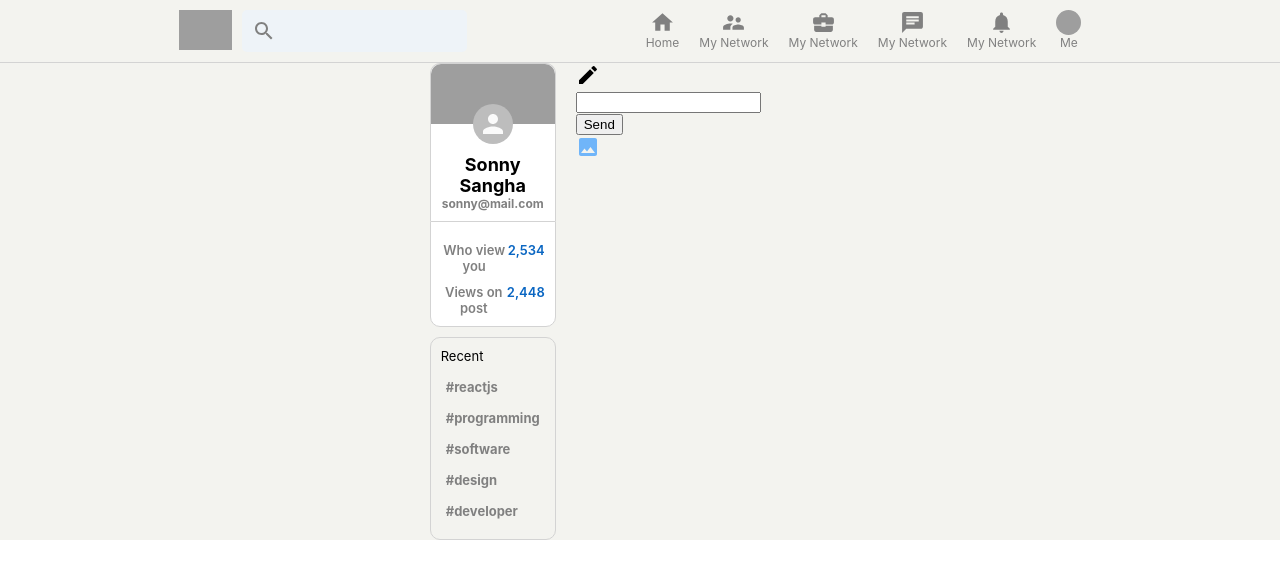
Repository: joaogamarra/linkedin-clone
Page: /
The author's editor kept a copy of each file at every save. The page is drawn from the files as they stood at one save, then again after the next save.
The browser window is 1280 px wide. The pictures show the whole page.
Pictures or frames that could not be fetched are drawn as grey boxes. The project was rebuilt for these pictures with package versions that can differ from the ones it lists, and the page was loaded fresh each time. Also part of the build but not shown: src/components/feed/InputOption.css.

Above is the page before, as saved 2021-02-19 13:11:58.

### src/index.js
import React from 'react'
import ReactDOM from 'react-dom'
import './index.css'
import App from './App'

ReactDOM.render(
	<React.StrictMode>
		<App />
	</React.StrictMode>,
	document.getElementById('root')
)

### src/index.css
* {
	margin: 0;
}

body {
	margin: 0;
	font-family: -apple-system, BlinkMacSystemFont, 'Segoe UI', 'Roboto', 'Oxygen', 'Ubuntu', 'Cantarell',
		'Fira Sans', 'Droid Sans', 'Helvetica Neue', sans-serif;
	-webkit-font-smoothing: antialiased;
	-moz-osx-font-smoothing: grayscale;
}

code {
	font-family: source-code-pro, Menlo, Monaco, Consolas, 'Courier New', monospace;
}

### src/App.js
import './App.css'
import Feed from './components/feed/Feed'
import Header from './components/header/Header'
import Sidebar from './components/sidebar/Sidebar'

function App() {
	return (
		<div className='App'>
			<Header />
			<div className='app__body'>
				<Sidebar />
				<Feed />
			</div>
		</div>
	)
}

export default App

### src/App.css
.App {
	background-color: #f3f3ef;
	display: flex;
	flex-direction: column;
	align-items: center;
}

.app__body {
	display: flex;
}

### src/components/feed/Feed.js
import './Feed.css'
import CreateIcon from '@material-ui/icons/Create'
import ImageIcon from '@material-ui/icons/Image'
import InputOption from './InputOption'

const Feed = () => {
	return (
		<div className='feed'>
			<div className='feed_inputContainer'>
				<div className='feed__input'>
					<CreateIcon />
					<form>
						<input type='text' />
						<button type='submit'>Send</button>
					</form>
				</div>
			</div>
			<div className='feed__inputOptions'>
				<InputOption Icon={ImageIcon} title='Photo' color='#70b5f9' />
			</div>
		</div>
	)
}

export default Feed

### src/components/header/Header.js
import './Header.css'
import HeaderOption from './HeaderOption'
import SearchIcon from '@material-ui/icons/Search'
import HomeIcon from '@material-ui/icons/Home'
import SupervisorAccountIcon from '@material-ui/icons/SupervisorAccount'
import BusinessCenterIcon from '@material-ui/icons/BusinessCenter'
import ChatIcon from '@material-ui/icons/Chat'
import NotificationsIcon from '@material-ui/icons/Notifications'

const Header = () => {
	return (
		<div className='header'>
			<div className='header__left'>
				<img src='https://www.flaticon.com/svg/static/icons/svg/174/174857.svg' alt='' />

				<div className='header__search'>
					<SearchIcon />
					<input type='text' />
				</div>
			</div>
			<div className='header__right'>
				<HeaderOption Icon={HomeIcon} title='Home' />
				<HeaderOption Icon={SupervisorAccountIcon} title='My Network' />
				<HeaderOption Icon={BusinessCenterIcon} title='My Network' />
				<HeaderOption Icon={ChatIcon} title='My Network' />
				<HeaderOption Icon={NotificationsIcon} title='My Network' />
				<HeaderOption
					avatar='https://compassionate-leakey-e9b16b.netlify.app/images/IG_Sonny.jpeg'
					title='Me'
				/>
			</div>
		</div>
	)
}

export default Header

### src/components/sidebar/Sidebar.js
import './Sidebar.css'
import { Avatar } from '@material-ui/core'

const Sidebar = () => {
	const recentItem = (topic) => (
		<div className='sidebar__recentItem'>
			<span className='sidebar__hash'>#</span>
			<p>{topic}</p>
		</div>
	)

	return (
		<div className='sidebar'>
			<div className='sidebar__top'>
				<img
					src='https://images.unsplash.com/photo-1579546929518-9e396f3cc809?ixid=MXwxMjA3fDB8MHxwaG90by1wYWdlfHx8fGVufDB8fHw%3D&ixlib=rb-1.2.1&auto=format&fit=crop&w=1350&q=80'
					alt=''
				/>
				<Avatar className='sidebar__avatar' />
				<h2>Sonny Sangha</h2>
				<h4>sonny@mail.com</h4>
			</div>

			<div className='sidebar__stats'>
				<div className='sidebar__stat'>
					<p>Who view you</p>
					<p className='sidebar__statNumber'>2,534</p>
				</div>
				<div className='sidebar__stat'>
					<p>Views on post</p>
					<p className='sidebar__statNumber'>2,448</p>
				</div>
			</div>

			<div className='sidebar__bottom'>
				<p>Recent</p>
				{recentItem('reactjs')}
				{recentItem('programming')}
				{recentItem('software')}
				{recentItem('design')}
				{recentItem('developer')}
			</div>
		</div>
	)
}

export default Sidebar

### src/components/feed/Feed.css
.feed {
	flex: 0.6;
	margin: 0 20px;
}

.feed__inputContainer {
	padding: 10px 10p 20px 10px;
	margin-bottom: 20px;
	border-radius: 10px;
	background-color: white;
}

.feed_input {
	display: flex;
	padding: 10px 10px 10px 15px;
	color: gray;
	border: 1px solid lightgray;
	border-radius: 30px;
}

.feed_input > form {
	display: flex;
	width: 100%;
}

.feed_input > form > input {
	flex: 1;
	margin-left: 10px;
	outline-width: 0;
	font-weight: 600;
	border: none;
}

.feed_input > form > input > button {
	display: none;
}

### src/components/feed/InputOption.js
import './InputOption.css'

const InputOption = ({ Icon, title, color }) => {
	return (
		<div className='inputOption'>
			<Icon style={{ color: color }} />
		</div>
	)
}

export default InputOption

### src/components/header/Header.css
.header {
	position: sticky;
	top: 0;
	display: flex;
	justify-content: space-evenly;
	padding: 10px 0;
	width: 100%;
	border-bottom: 0.1px solid lightgray;
	z-index: 30;
}

.header__left {
	display: flex;
}

.header__left > img {
	object-fit: contain;
	height: 40px;
	margin-right: 10px;
}

.header__search {
	padding: 10px;
	display: flex;
	align-items: center;
	border-radius: 5px;
	height: 22px;
	color: gray;
	background-color: #eef3f8;
}

.header__search > input {
	outline: none;
	border: none;
	background: none;
}

.header__right {
	display: flex;
}

### src/components/header/HeaderOption.js
import './HeaderOption.css'
import { Avatar } from '@material-ui/core'

const HeaderOption = ({ avatar, Icon, title }) => {
	return (
		<div className='headerOption'>
			{Icon && <Icon className='headerOption__icon' />}
			{avatar && <Avatar className='headerOption__icon' src={avatar} />}
			<h3 className='headerOption__title'>{title}</h3>
		</div>
	)
}

export default HeaderOption

### src/components/sidebar/Sidebar.css
.sidebar {
	position: sticky;
	flex: 0.2;
	top: 80px;
	height: fit-content;
	border-radius: 10px;
	text-align: center;
}

.sidebar__avatar {
	margin-bottom: 10px;
}

.sidebar__top > h4 {
	color: gray;
	font-size: 12px;
}

.sidebar__top > h2 {
	font-size: 18px;
}

.sidebar__top {
	display: flex;
	flex-direction: column;
	align-items: center;
	border: 1px solid lightgray;
	border-bottom: 0;
	border-top-left-radius: 10px;
	border-top-right-radius: 10px;
	background-color: white;
	padding-bottom: 10px;
}

.sidebar__top > img {
	margin-bottom: -20px;
	width: 100%;
	height: 60px;
	border-top-left-radius: 10px;
	border-top-right-radius: 10px;
}
.sidebar__stats {
	padding: 10px;
	margin-bottom: 10px;
	border: 1px solid lightgray;
	border-bottom-left-radius: 10px;
	border-bottom-right-radius: 10px;
	background-color: white;
}

.sidebar__stat {
	margin-top: 10px;
	display: flex;
	justify-content: space-between;
}

.sidebar__stat > p {
	color: gray;
	font-size: 13px;
	font-weight: 600;
}

.sidebar__statNumber {
	font-weight: bold;
	color: #0a66c2 !important;
}

.sidebar__bottom {
	text-align: left;
	padding: 10px;
	border: 1px solid lightgray;
	border-radius: 10px;
	margin-top: 10px;
}

.sidebar__bottom > p {
	font-size: 13px;
	padding-bottom: 10px;
}

.sidebar__recentItem {
	display: flex;
	font-size: 13px;
	color: gray;
	font-weight: bolder;
	cursor: pointer;
	margin-bottom: 5px;
	padding: 5px;
}

.sidebar__recentItem:hover {
	background-color: whitesmoke;
	border-radius: 10px;
	cursor: pointer;
	color: black;
}

.sidebar_hash {
	margin: 0 10px 0 5px;
}

### src/components/header/HeaderOption.css
.headerOption {
	display: flex;
	flex-direction: column;
	align-items: center;
	margin-right: 20px;
	color: gray;
	cursor: pointer;
}

.headerOption:hover {
	color: black;
}

.headerOption__title {
	font-size: 12px;
	font-weight: 400;
}

.headerOption__icon {
	object-fit: contain;
	height: 25px !important;
	width: 25px !important;
}

Loaded but not shown: public/index.html (common file)

After the next save:
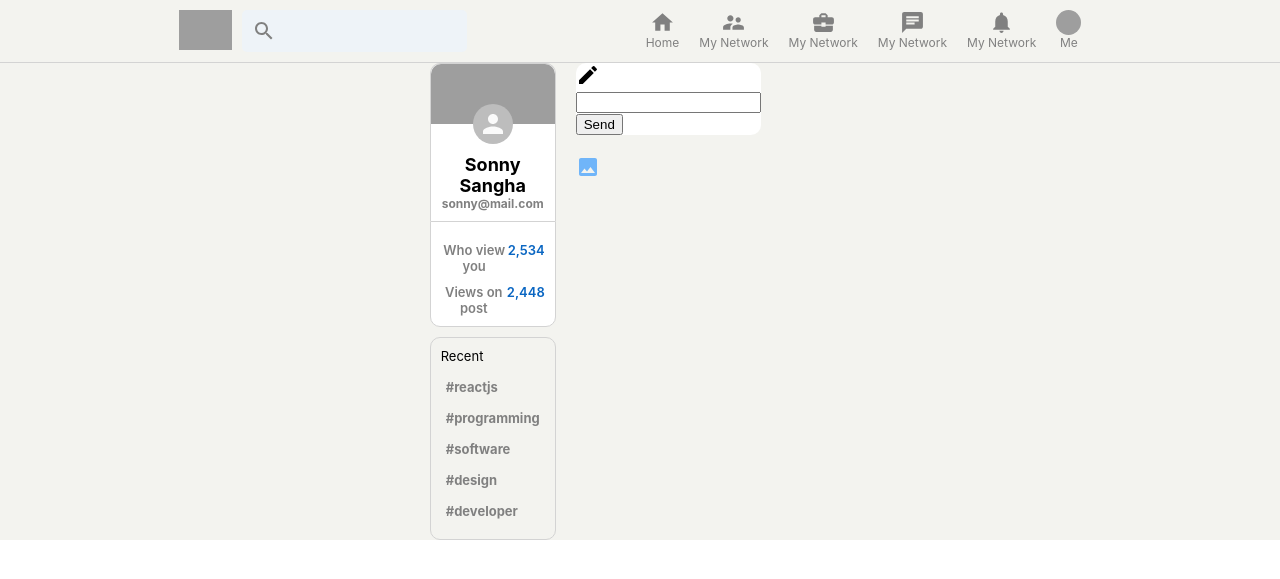
Saved 34 s later.
--- a/src/components/feed/Feed.js
+++ b/src/components/feed/Feed.js
@@ -6,7 +6,7 @@ import InputOption from './InputOption'
 const Feed = () => {
 	return (
 		<div className='feed'>
-			<div className='feed_inputContainer'>
+			<div className='feed__inputContainer'>
 				<div className='feed__input'>
 					<CreateIcon />
 					<form>
